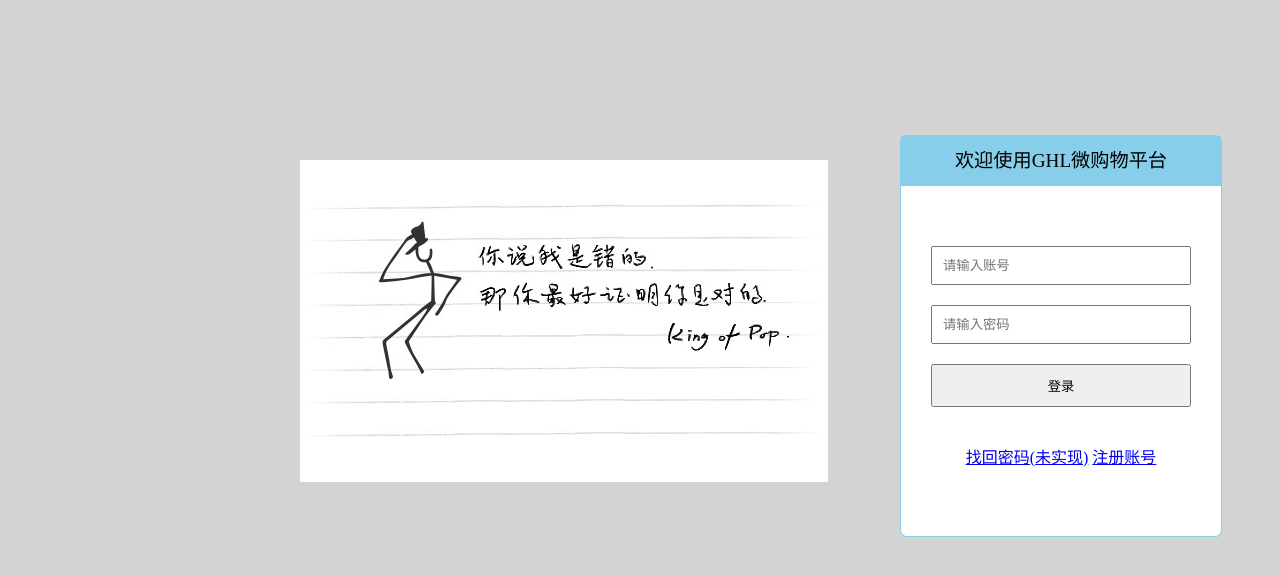
Repository: Gale-student/Gale-student.github.io
Page: http://localhost/weshop/ShopCartViewServlet
An editor plug-in stored every save of this project. The page is shown before and after the next save, followed by the edit.
The browser window is 1280 px wide. The pictures show the whole page.
The page is served by Tomcat 9. Other server files are loaded and not shown.

Above is the page before, as saved 2022-10-08 03:04:02.

### WeShop/weshop/WebRoot/UserLogin.jsp
<%@ page language="java" import="java.util.*" pageEncoding="utf-8"%>
<%
String path = request.getContextPath();
String basePath = request.getScheme()+"://"+request.getServerName()+":"+request.getServerPort()+path+"/";
%>

<!DOCTYPE HTML PUBLIC "-//W3C//DTD HTML 4.01 Transitional//EN">
<html>
  <head>
    <base href="<%=basePath%>">

    <title>用户登录</title>

	<meta http-equiv="pragma" content="no-cache">
	<meta http-equiv="cache-control" content="no-cache">
	<meta http-equiv="expires" content="0">
	<meta http-equiv="keywords" content="keyword1,keyword2,keyword3">
	<meta http-equiv="description" content="This is my page">
	<!--
	<link rel="stylesheet" type="text/css" href="styles.css">
	-->
	<%
	   Cookie[] carr = (Cookie[]) request.getCookies();
       String uid = "";
       if(carr != null){//直接判断数组是否为空
         for(Cookie c : carr){
           if(c.getName().equals("uid")){
            uid = c.getValue();
             System.out.println("uid cookie: " + uid);
           }
         }
       }
	   String res = (String)request.getAttribute("res");
	   if(res == null){
	      res = "";
	   }

	 %>
   <style type="text/css">
      body{
         background: lightgray;
      }
      #d2{
         font-size: larger;
         width: 320px;
         background: skyblue;

      }
      #l1{
         color: red;
         position: absolute;
         left: 30px;
      }
      #box{
         width: 320px;
         height: 400px;
         position: absolute;
         left: 900px;
         top: 135px;
         border: 1px solid skyblue;
         border-radius: 2%;
         text-align: center;
         line-height: 50px;
         background: white;
      }
      input{
         padding: 10px;
         margin: 10px;
         width: 260px;
      }
      #d1{
         position: absolute;
         top: 160px;
         left: 300px;
         width:528px;
         height: 322px;
         //border: 2px solid yellow;
         background: url("image/5.jpg");
         background-size: cover;
      }
   </style>
   <script type="text/javascript">
      function testfun(){
         var uid = document.forms["fm"]["uid"].value;
         var upwd = document.forms["fm"]["upwd"].value;
         if(uid == null || uid == ""){
            alert("请输入账号");
            return false;
         }else if(upwd == null || upwd == ""){
            alert("请输入密码");
            return false;
         }
         return true;
      }
   </script>
  </head>

  <body>
    <div id="d1"></div>
    <div id="box">
       <form id="fm" action="UserLoginServlet" method="post" onsubmit="return testfun()">
          <div id="d2">欢迎使用GHL微购物平台</div>
          <label id="l1"><%=res %></label><br>
          <input type="text" placeholder="请输入账号" name="uid" value=<%=uid %>><br>
          <input type="password" placeholder="请输入密码" name="upwd"><br>
          <input type="submit" value="登录">
       </form>
          <div>
             <a href="User" >找回密码(未实现)</a>
             <a href="UserRegister.jsp">注册账号</a>
          </div>
    </div>
  </body>
</html>

### WeShop/weshop/src/com/company/controller/ShopCartViewServlet.java
package com.company.controller;

import java.io.IOException;
import java.io.PrintWriter;
import java.util.List;

import javax.servlet.ServletException;
import javax.servlet.http.HttpServlet;
import javax.servlet.http.HttpServletRequest;
import javax.servlet.http.HttpServletResponse;
import javax.servlet.http.HttpSession;

import com.company.entity.ShopCartDetail;
import com.company.entity.User;
import com.company.service.UserService;
import com.company.service.UserServiceImpl;

public class ShopCartViewServlet extends HttpServlet {

	/**
	 * The doGet method of the servlet. <br>
	 *
	 * This method is called when a form has its tag value method equals to get.
	 *
	 * @param request the request send by the client to the server
	 * @param response the response send by the server to the client
	 * @throws ServletException if an error occurred
	 * @throws IOException if an error occurred
	 */
	public void doGet(HttpServletRequest request, HttpServletResponse response)
			throws ServletException, IOException {

		doPost(request, response);
	}

	/**
	 * The doPost method of the servlet. <br>
	 *
	 * This method is called when a form has its tag value method equals to post.
	 *
	 * @param request the request send by the client to the server
	 * @param response the response send by the server to the client
	 * @throws ServletException if an error occurred
	 * @throws IOException if an error occurred
	 */
	public void doPost(HttpServletRequest request, HttpServletResponse response)
			throws ServletException, IOException {
		HttpSession hs = request.getSession();
		String uid = (String)hs.getAttribute("uid");
		UserService userService = new UserServiceImpl();
		try {
			if(uid == null){
				request.getRequestDispatcher("UserLogin.jsp").forward(request, response);
			}else{
				List<ShopCartDetail> shopCartDetailList = userService.quaryCart(uid);
				request.setAttribute("shopCartDetailList", shopCartDetailList);
				String totalPrice = userService.SumPrice(uid);
				request.setAttribute("totalPrice", totalPrice);
				String delRes = (String) request.getAttribute("delRes");
				request.setAttribute("delRes", delRes);
				request.getRequestDispatcher("WEB-INF/jsp/ShopCart.jsp").forward(request, response);
			}
		} catch (Exception e) {
			// TODO Auto-generated catch block
			e.printStackTrace();
		}

	}

}

### WeShop/weshop/src/com/company/service/UserServiceImpl.java
package com.company.service;

import java.util.List;

import javax.servlet.http.HttpSession;

import com.company.dao.UserDao;
import com.company.dao.UserDaoImpl;
import com.company.entity.Orders;
import com.company.entity.ShopCartDetail;
import com.company.entity.User;

public class UserServiceImpl implements UserService {
    private UserDao userDao = new UserDaoImpl();

    //用户注册
	public void userRegister(User user) throws Exception {
		userDao.insertUser(user);
	}

    //完善个人信息
	public void completePersonalInfo(String uid, String uname,String uaddress,
			String ugender,String uage,String utel, String uimage) throws Exception {

		userDao.updateUserInfo(uid, uname, uaddress, ugender, uage, utel, uimage);
	}

	//用户登录
	public String userLogin(String uid, String upwd) throws Exception {
		String pwd = userDao.selectUpwd(uid);
		if(pwd.equals("") || pwd == null){
			return "账号不存在";
		}else{
			if(pwd.equals(upwd)){
				return "登录成功";
			}
			return "密码错误";
		}
	}

	//用户头像展示
	public String userImageDisplay(String uid) throws Exception {
		String uimage = userDao.selectUimage(uid);
		return uimage;
	}

	//修改用户密码
	public void modifyUserUpwd(String uid, String upwd) throws Exception {
		userDao.updateUpwd(uid, upwd);
	}

	//用户表分页
	public List<User> PagingQuery(int page) throws Exception {
		List<User> userList = userDao.PagingQuery(page * 3, 3);
		return userList;
	}

	//用户表总行数
	public int AllRows() throws Exception {
		int rows = userDao.allRows();
		return rows;
	}

	//查找所有用户id
	public List<String> queryAllUid() throws Exception {
		List<String> uidList = userDao.selectAllUid();
		return uidList;
	}

	//查看用户信息
	public List<User> queryUserInfo(String uid) throws Exception {
		List<User> userList = userDao.selectUserInforById(uid);
		return userList;
	}

	//用户注销(删除用户)
	public void deleteUser(String uid) throws Exception {
		userDao.deleteUser(uid);
	}

	//修改用户地址
	public void modifyUserUaddress(String uid, String uaddress)
			throws Exception {
		userDao.updateUaddress(uid, uaddress);
	}

	//修改用户联系方式
	public void modifyUserUtel(String uid, String utel) throws Exception {
		userDao.updateUtel(uid, utel);

	}

	//退出登录
	public void logout(HttpSession session) throws Exception {
		userDao.logout(session);
	}

	//编辑个人信息
	public void editInfo(String uid, String uname, String uaddress,
			String ugender, String uage, String utel) throws Exception {
		userDao.updateInfo(uid, uname, uaddress, ugender, uage, utel);

	}

	//添加到购物车
	public void addShopCart(String sid, String uid, String shopQuantity)
			throws Exception {
		userDao.insertShopCart(sid, uid, shopQuantity);
	}

	//查看购物车
	public List<ShopCartDetail> quaryCart(String uid) throws Exception {
		List<ShopCartDetail> shopCartDetail = userDao.selectCart(uid);
		return shopCartDetail;
	}

	//添加购物车商品数量
	public void addShopQuantity(String uid, String sid, String shopQuantity)
			throws Exception {
		userDao.updateShopQuantity(uid, sid, shopQuantity);

	}

	//购物车商品总价
	public String SumPrice(String uid) throws Exception {
		String sumPrice = userDao.selectSumPrice(uid);
		return sumPrice;
	}

	//获取购物车表总行数
	public int shopCartAllRows(String uid) throws Exception {
		int shopCartAllRows =  userDao.shopCartAllRows(uid);
		return shopCartAllRows;
	}

	//购物车详情表分页
	public List<ShopCartDetail> ShopCartPagingQuery(int page, String uid) throws Exception {
		List<ShopCartDetail> shopCartDetailList = userDao.ShopCartPagingQuery(page * 3, 3, uid);
		return shopCartDetailList;
	}

	//删除购物车商品
	public void deleteShopInCart(String uid, String sid) throws Exception {
		userDao.deleteShopInCart(uid, sid);
	}

	//查询用户所有订单
	public List<Orders> queryAllOrders(String uid) throws Exception {
		List<Orders> ordersList = userDao.selectAllOrders(uid);
		return ordersList;
	}

	//清空购物车
	public void removeShopCart(String uid) throws Exception {
		userDao.deleteShopCart(uid);

	}


}

### WeShop/weshop/src/com/company/dao/UserDao.java
package com.company.dao;

import java.util.List;

import javax.servlet.http.HttpSession;

import com.company.entity.Orders;
import com.company.entity.ShopCart;
import com.company.entity.ShopCartDetail;
import com.company.entity.User;

public interface UserDao {
	//插入用户
	public void insertUser(User user) throws Exception;
    //更新所有信息
	public void updateUserInfo(String uid, String uname,String uaddress,String ugender,String uage,String utel, String uimage) throws Exception;
	//查找密码
	public String selectUpwd(String uid) throws Exception;
	//用户头像获取
	public String selectUimage(String uid) throws Exception;
	//修改密码
	public void updateUpwd(String uid, String upwd) throws Exception;
	//用户表分页
	public List<User> PagingQuery(int offset, int count) throws Exception;
	//获取用户表总行数
	public int allRows() throws Exception;
	//获取后台所有用户账号
	public List<String> selectAllUid() throws Exception;
	//获取单个用户信息
	public List<User> selectUserInforById(String uid) throws Exception;
	//删除用户
	public void deleteUser(String uid) throws Exception;
	//修改地址
	public void updateUaddress(String uid, String uaddress) throws Exception;
	//修改联系方式
	public void updateUtel(String uid, String utel) throws Exception;
	//修改除头像以外的信息
	public void updateInfo(String uid, String uname, String uaddress, String ugender, String uage, String utel) throws Exception;
	//退出登录
	public void logout(HttpSession session) throws Exception;
	//添加到购物车
	public void insertShopCart(String sid, String uid, String shopQuantity) throws Exception;
	//查看购物车详情页
	public List<ShopCartDetail> selectCart(String uid) throws Exception;
	//增加购物车商品数量
	public void updateShopQuantity(String uid, String sid, String shopQuantity) throws Exception;
	//购物车商品总价求和
	public String selectSumPrice(String uid) throws Exception;
	//获取购物车总行数
	public int shopCartAllRows(String uid) throws Exception;
	//购物车详情表分页
	public List<ShopCartDetail> ShopCartPagingQuery(int offset, int count, String uid) throws Exception;
	//删除购物车商品
	public void deleteShopInCart(String uid, String sid) throws Exception;
	//查询用户所有订单
	public List<Orders> selectAllOrders(String uid) throws Exception;
	//获取用户所有订单总行数
	public int userAllOrdersAllRows(String uid) throws Exception;
	//删除购物车商品
	public void deleteShopCart(String uid) throws Exception;
}

### WeShop/weshop/src/com/company/dao/UserDaoImpl.java
package com.company.dao;

import java.sql.Connection;
import java.sql.DriverManager;
import java.sql.PreparedStatement;
import java.sql.ResultSet;
import java.util.ArrayList;
import java.util.List;

import javax.servlet.http.HttpSession;

import com.company.entity.Orders;
import com.company.entity.ShopCart;
import com.company.entity.ShopCartDetail;
import com.company.entity.User;
import com.sun.corba.se.spi.orbutil.fsm.Guard.Result;

public class UserDaoImpl implements UserDao {
    private String url = "jdbc:mysql://localhost:3306/test?characterEncoding=utf-8";
    private String username = "root";
    private String password = "root";

    //增加用户(注册)
	public void insertUser(User user) throws Exception {
		Class.forName("com.mysql.jdbc.Driver");
		Connection conn = DriverManager.getConnection(url, username, password);
		String sql = " insert into user (uid, upwd) values (?, ?) ";
		PreparedStatement ps = conn.prepareStatement(sql);
		ps.setString(1, user.getUid());
		ps.setString(2, user.getUpwd());
		ps.execute();
		conn.close();

	}

    //更新用户信息(完善个人信息)
	public void updateUserInfo(String uid, String uname,String uaddress,String ugender,String uage,String utel, String uimage) throws Exception {
		Class.forName("com.mysql.jdbc.Driver");
		Connection conn = DriverManager.getConnection(url, username, password);
		String sql = " update user set uname = ?, uaddress = ?, ugender = ?, uage = ?, utel= ?, uimage = ? where uid = ? ";
		PreparedStatement ps = conn.prepareStatement(sql);
		User user = new User();
		user.setUid(uid);
		ps.setString(1, uname);
		ps.setString(2, uaddress);
		ps.setString(3, ugender);
		ps.setString(4, uage);
		ps.setString(5, utel);
		ps.setString(6, uimage);
		ps.setString(7, uid);
		ps.execute();
		conn.close();
	}

    //查找密码
	public String selectUpwd(String uid) throws Exception {
		Class.forName("com.mysql.jdbc.Driver");
		Connection conn = DriverManager.getConnection(url, username, password);
		String sql = " select upwd from user where uid = ? ";
		PreparedStatement ps = conn.prepareStatement(sql);
		ps.setString(1, uid);
		ResultSet rs = ps.executeQuery();
		String upwd = "";
		while(rs.next()){
			upwd = rs.getString("upwd");
		}
		conn.close();
		return upwd;
	}

    //查找头像
	public String selectUimage(String uid) throws Exception {
		Class.forName("com.mysql.jdbc.Driver");
		Connection conn = DriverManager.getConnection(url, username, password);
		String sql = " select uimage from user where uid = ?";
		PreparedStatement ps = conn.prepareStatement(sql);
		ps.setString(1, uid);
		ResultSet rs = ps.executeQuery();
		String uimage = "";
		while(rs.next()){
			uimage = rs.getString("uimage");
		}
		return uimage;
	}

    //更新密码
	public void updateUpwd(String uid, String upwd) throws Exception {
		Class.forName("com.mysql.jdbc.Driver");
		Connection conn = DriverManager.getConnection(url, username, password);
		String sql = " update user set upwd = ? where uid = ? ";
		PreparedStatement ps = conn.prepareStatement(sql);
		ps.setString(1, upwd);
		ps.setString(2, uid);
		ps.execute();
		conn.close();
	}

	//用户表分页
	public List<User> PagingQuery(int offset, int count) throws Exception {
		Class.forName("com.mysql.jdbc.Driver");
		Connection conn = DriverManager.getConnection(url, username, password);
		String sql = " select * from user limit ?, ? ";
		PreparedStatement ps = conn.prepareStatement(sql);
		ps.setInt(1, offset);
		ps.setInt(2, count);
		ResultSet rs = ps.executeQuery();
		List<User> userList = new ArrayList<User>();
		while(rs.next()){
			String uid = rs.getString("uid");
			String upwd = rs.getString("upwd");
			String uname = rs.getString("uname");
			String uaddress = rs.getString("uaddress");
			String ugender = rs.getString("ugender");
			String uage = rs.getString("uage");
			String utel = rs.getString("utel");
			String uimage = rs.getString("uimage");
			User user = new User();
			user.setUid(uid);
			user.setUpwd(upwd);
			user.setUname(uname);
			user.setUaddress(uaddress);
			user.setUgender(ugender);
			user.setUage(uage);
			user.setUtel(utel);
			user.setUimage(uimage);
			userList.add(user);
		}
		return userList;
	}

	//获取用户表总行数
	public int allRows() throws Exception {
		Class.forName("com.mysql.jdbc.Driver");
		Connection conn = DriverManager.getConnection(url, username, password);
		String sql = " select count(*) as rows from user ";
		PreparedStatement ps = conn.prepareStatement(sql);
		ResultSet rs = ps.executeQuery();
		rs.next();
		int rows = rs.getInt("rows");
		return rows;
	}

    //查找所有的用户ID
	public List<String> selectAllUid() throws Exception {
		Class.forName("com.mysql.jdbc.Driver");
		Connection conn = DriverManager.getConnection(url, username, password);
		String sql = " select uid from user ";
		PreparedStatement ps = conn.prepareStatement(sql);
		ResultSet rs = ps.executeQuery();
		List<String> uidList = new ArrayList<String>();
		while(rs.next()){
			String uid = rs.getString("uid");
			uidList.add(uid);
		}
		return uidList;
	}

    //查看单个用户的信息
	public List<User> selectUserInforById(String uid) throws Exception {
		Class.forName("com.mysql.jdbc.Driver");
		Connection conn = DriverManager.getConnection(url, username, password);
		String sql = " select * from user where uid = ? ";
		PreparedStatement ps = conn.prepareStatement(sql);
		ps.setString(1, uid);
		ResultSet rs = ps.executeQuery();
		List<User> uidList = new ArrayList<User>();
		while(rs.next()){
			String uname = rs.getString("uname");
			String uaddress = rs.getString("uaddress");
			String ugender = rs.getString("ugender");
			String uage = rs.getString("uage");
			String uimage = rs.getString("uimage");
			String utel = rs.getString("utel");
			User user = new User();
			user.setUid(uid);
			user.setUname(uname);
			user.setUaddress(uaddress);
			user.setUgender(ugender);
			user.setUage(uage);
			user.setUtel(utel);
			user.setUimage(uimage);
			uidList.add(user);
		}
		return uidList;
	}

    // 删除用户
	public void deleteUser(String uid) throws Exception {
		Class.forName("com.mysql.jdbc.Driver");
		Connection conn = DriverManager.getConnection(url, username, password);
		String sql = " delete from user where uid = ? ";
		PreparedStatement ps = conn.prepareStatement(sql);
		ps.setString(1, uid);
		ps.execute();
		conn.close();
	}

    //修改地址
	public void updateUaddress(String uid, String uaddress) throws Exception {
		Class.forName("com.mysql.jdbc.Driver");
		Connection conn = DriverManager.getConnection(url, username, password);
		String sql = " update user set uaddress = ? where uid = ? ";
		PreparedStatement ps = conn.prepareStatement(sql);
		ps.setString(1, uaddress);
		ps.setString(2, uid);
		ps.execute();
		conn.close();

	}

    //修改联系方式
	public void updateUtel(String uid, String utel) throws Exception {
		Class.forName("com.mysql.jdbc.Driver");
		Connection conn = DriverManager.getConnection(url, username, password);
		String sql = " update user set utel = ? where uid = ? ";
		PreparedStatement ps = conn.prepareStatement(sql);
		ps.setString(1, utel);
		ps.setString(2, uid);
		ps.execute();
		conn.close();

	}

	//退出登录
	public void logout(HttpSession session) throws Exception {

		session.removeAttribute("uid");
		session.invalidate();
	}

	//编辑修改个人信息
	public void updateInfo(String uid, String uname, String uaddress,
			String ugender, String uage, String utel) throws Exception {
		Class.forName("com.mysql.jdbc.Driver");
		Connection conn = DriverManager.getConnection(url, username, password);
		String sql = " update user set uname = ?, uaddress = ?, ugender = ?, uage = ?, utel= ? where uid = ? ";
		PreparedStatement ps = conn.prepareStatement(sql);
		User user = new User();
		user.setUid(uid);
		ps.setString(1, uname);
		ps.setString(2, uaddress);
		ps.setString(3, ugender);
		ps.setString(4, uage);
		ps.setString(5, utel);
		ps.setString(6, uid);
		ps.execute();
		conn.close();

	}

	//添加购物车
	public void insertShopCart(String sid, String uid, String shopQuantity)
			throws Exception {
		Class.forName("com.mysql.jdbc.Driver");
		Connection conn = DriverManager.getConnection(url, username, password);
		String sql = " insert into shopCart values ( ?, ?, ? ) ";
		PreparedStatement ps = conn.prepareStatement(sql);
		ps.setString(1, sid);
		ps.setString(2, uid);
		ps.setString(3, shopQuantity);
		ps.execute();
		conn.close();

	}

	//查看购物车详情
	public List<ShopCartDetail> selectCart(String uid) throws Exception {
		Class.forName("com.mysql.jdbc.Driver");
		Connection conn = DriverManager.getConnection(url, username, password);
		String sql = " select s.sid, s.sname, s.stype, s.sprice, c.shopQuantity, " +
				     "s.sprice * c.shopQuantity as shopPrice from shopCart c inner join shop s where s.sid = c.sid" +
				     " and uid = ? ";
		PreparedStatement ps = conn.prepareStatement(sql);
		ps.setString(1, uid);
		ResultSet rs = ps.executeQuery();
		List<ShopCartDetail> shopCartDetailList = new ArrayList<ShopCartDetail>();
		while(rs.next()){
			String sid = rs.getString("sid");
			String sname = rs.getString("sname");
			String stype = rs.getString("stype");
			String sprice = rs.getString("sprice");
			String shopQuantity = rs.getString("shopQuantity");
			String shopPrice = rs.getString("shopPrice");
			ShopCartDetail shopCartDetail = new ShopCartDetail();
			shopCartDetail.setSid(sid);
			shopCartDetail.setSname(sname);
			shopCartDetail.setStype(stype);
			shopCartDetail.setSprice(sprice);
			shopCartDetail.setShopQuantity(shopQuantity);
			shopCartDetail.setShopPrice(shopPrice);
			shopCartDetailList.add(shopCartDetail);
		}
		return shopCartDetailList;
	}

	//更新购物车商品数量
	public void updateShopQuantity(String uid, String sid, String shopQuantity) throws Exception {
		Class.forName("com.mysql.jdbc.Driver");
		Connection conn = DriverManager.getConnection(url, username, password);
		String sql = " update shopCart set shopQuantity = shopQuantity + ? where sid = ? and uid = ? ";
		PreparedStatement ps = conn.prepareStatement(sql);
		ps.setString(1, shopQuantity);
		ps.setString(2, sid);
		ps.setString(3, uid);
		ps.execute();
		conn.close();
	}

	//购物车总价
	public String selectSumPrice(String uid) throws Exception {
		Class.forName("com.mysql.jdbc.Driver");
		Connection conn = DriverManager.getConnection(url, username, password);
		String sql = " select sum(c.shopQuantity * s.sprice) as totalPrice from " +
				"shopCart c inner join shop s where s.sid = c.sid and uid = ? ";
		PreparedStatement ps = conn.prepareStatement(sql);
		ps.setString(1, uid);
		ResultSet rs = ps.executeQuery();
		String totalPrice = "";
		while(rs.next()){
			totalPrice = rs.getString("totalPrice");
		}
		return totalPrice;
	}

	//获取购物车总行数
	public int shopCartAllRows(String uid) throws Exception {
		Class.forName("com.mysql.jdbc.Driver");
		Connection conn = DriverManager.getConnection(url, username, password);
		String sql = " select count(*) as rows from shopCart where uid = ? ";
		PreparedStatement ps = conn.prepareStatement(sql);
		ps.setString(1, uid);
		ResultSet rs = ps.executeQuery();
		rs.next();
		int rows = rs.getInt("rows");
		return rows;
	}

	//购物车详情表分页
	public List<ShopCartDetail> ShopCartPagingQuery(int offset, int count, String uid)
			throws Exception {
		Class.forName("com.mysql.jdbc.Driver");
		Connection conn = DriverManager.getConnection(url, username, password);
		String sql = " select s.sid, s.sname, s.stype, s.sprice, c.shopQuantity, " +
				     "s.sprice * c.shopQuantity as shopPrice from shopCart c inner " +
				     "join shop s where s.sid = c.sid" +
				     " and uid = ? limit ?, ? ";
		PreparedStatement ps = conn.prepareStatement(sql);
		ps.setString(1, uid);
		ps.setInt(2, offset);
		ps.setInt(3, count);
		ResultSet rs = ps.executeQuery();
		List<ShopCartDetail> shopCartDetailList = new ArrayList<ShopCartDetail>();
		while(rs.next()){
			String sid = rs.getString("sid");
			String sname = rs.getString("sname");
			String stype = rs.getString("stype");
			String sprice = rs.getString("sprice");
			String shopQuantity = rs.getString("shopQuantity");
			String shopPrice = rs.getString("shopPrice");
			ShopCartDetail shopCartDetail = new ShopCartDetail();
			shopCartDetail.setSid(sid);
			shopCartDetail.setSname(sname);
			shopCartDetail.setStype(stype);
			shopCartDetail.setSprice(sprice);
			shopCartDetail.setShopQuantity(shopQuantity);
			shopCartDetail.setShopPrice(shopPrice);
			shopCartDetailList.add(shopCartDetail);
		}
		return shopCartDetailList;
	}

	//删除购物车商品
	public void deleteShopInCart(String uid, String sid) throws Exception {
		Class.forName("com.mysql.jdbc.Driver");
		Connection conn = DriverManager.getConnection(url, username, password);
		String sql = " delete from shopCart where uid = ? and sid = ? ";
		PreparedStatement ps = conn.prepareStatement(sql);
		ps.setString(1, uid);
		ps.setString(2, sid);
		ps.execute();
		conn.close();
	}

	//查询用户所有订单
	public List<Orders> selectAllOrders(String uid) throws Exception {
		Class.forName("com.mysql.jdbc.Driver");
		Connection conn = DriverManager.getConnection(url, username, password);
		String sql = " select * from orders where uid = ? ";
		PreparedStatement ps = conn.prepareStatement(sql);
		ps.setString(1, uid);
		ResultSet rs = ps.executeQuery();
		List<Orders> ordersList = new ArrayList<Orders>();
		while(rs.next()){
			String oid = rs.getString("oid");
			String sid = rs.getString("sid");
			String quantity = rs.getString("quantity");
			String date = rs.getString("date");
			String status = rs.getString("status");
			Orders orders = new Orders();
			orders.setOid(oid);
			orders.setUid(uid);
			orders.setSid(sid);
			orders.setQuantity(quantity);
			orders.setDate(date);
			orders.setStatus(status);
			ordersList.add(orders);
		}
		return ordersList;
	}

	//获取用户所有订单总行数
	public int userAllOrdersAllRows(String uid) throws Exception {
		Class.forName("com.mysql.jdbc.Driver");
		Connection conn = DriverManager.getConnection(url, username, password);
		String sql = " select count(*) as rows from orders where uid = ? ";
		PreparedStatement ps = conn.prepareStatement(sql);
		ps.setString(1, uid);
		ResultSet rs = ps.executeQuery();
		rs.next();
		int rows = rs.getInt("rows");
		return rows;
	}

	//删除用户购物车商品
	public void deleteShopCart(String uid) throws Exception {
		Class.forName("com.mysql.jdbc.Driver");
		Connection conn = DriverManager.getConnection(url, username, password);
		String sql = "delete from shopCart where uid = ? ";
		PreparedStatement ps = conn.prepareStatement(sql);
		ps.setString(1, uid);
		ps.execute();
		conn.close();
	}

}

After the next save:
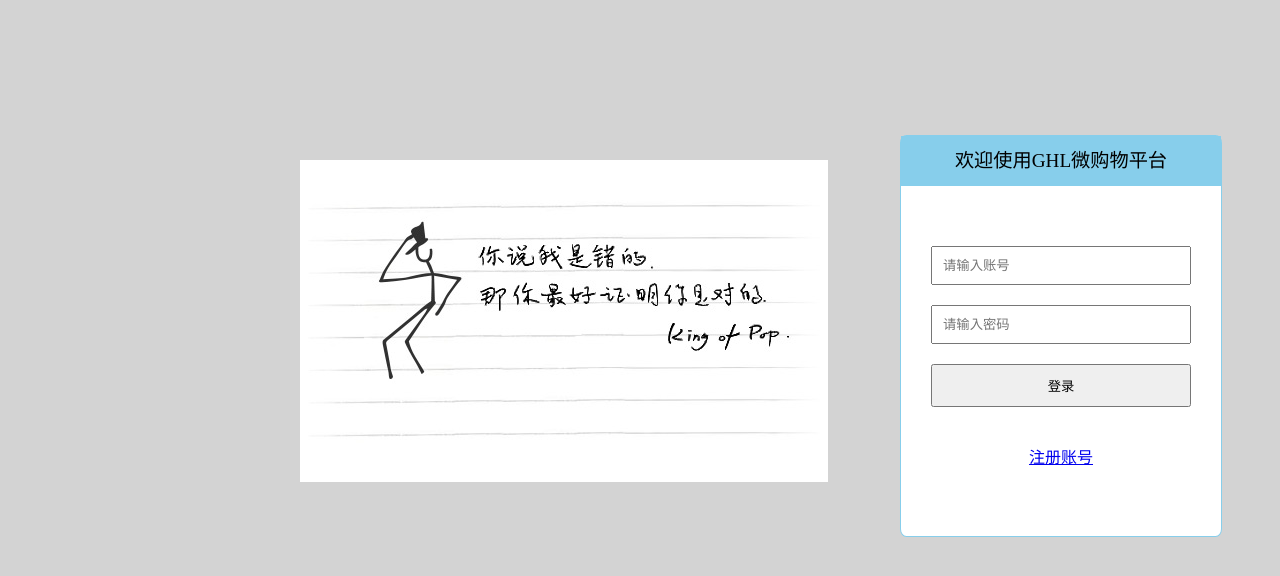
Saved 24 s later.
--- a/WeShop/weshop/WebRoot/UserLogin.jsp
+++ b/WeShop/weshop/WebRoot/UserLogin.jsp
@@ -106,7 +106,7 @@ String basePath = request.getScheme()+"://"+request.getServerName()+":"+request.
           <input type="submit" value="登录">
        </form>
           <div>
-             <a href="User" >找回密码(未实现)</a>
+
              <a href="UserRegister.jsp">注册账号</a>
           </div>
     </div>
